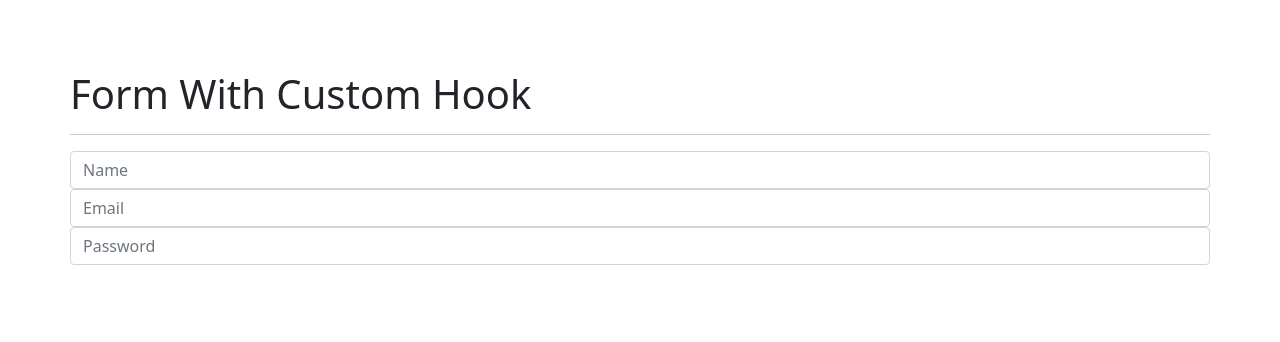
Repository: ppfeliuu/hooks-app
Page: /
The author's editor kept a copy of each file at every save. The page is drawn from the files as they stood at one save, then again after the next save.
The browser window is 1280 px wide. The pictures show the whole page.
The project was rebuilt for these pictures with package versions that can differ from the ones it lists, and the page was loaded fresh each time. Also part of the build but not shown: src/components/01-useState/CounterApp.js, src/hooks/useCounter.js, src/components/01-useState/CounterWithCustomHook.js, src/components/02-useEffect/Message.js, src/components/02-useEffect/SimpleForm.js, src/HookApp.js.

Above is the page before, as saved 2021-05-29 18:04:20.

### public/index.html
<!DOCTYPE html>
<html lang="en">
  <head>
    <meta charset="utf-8" />
    <link rel="icon" href="%PUBLIC_URL%/favicon.ico" />
    <meta name="viewport" content="width=device-width, initial-scale=1" />
    <meta name="theme-color" content="#000000" />
    <meta
      name="description"
      content="Web site created using create-react-app"
    />
    <link rel="apple-touch-icon" href="%PUBLIC_URL%/logo192.png" />
    <!--
      manifest.json provides metadata used when your web app is installed on a
      user's mobile device or desktop. See https://developers.google.com/web/fundamentals/web-app-manifest/
    -->
    <link rel="manifest" href="%PUBLIC_URL%/manifest.json" />
    <!--
      Notice the use of %PUBLIC_URL% in the tags above.
      It will be replaced with the URL of the `public` folder during the build.
      Only files inside the `public` folder can be referenced from the HTML.

      Unlike "/favicon.ico" or "favicon.ico", "%PUBLIC_URL%/favicon.ico" will
      work correctly both with client-side routing and a non-root public URL.
      Learn how to configure a non-root public URL by running `npm run build`.
    -->
    <link
      href="https://cdn.jsdelivr.net/npm/bootstrap@5.0.1/dist/css/bootstrap.min.css"
      rel="stylesheet"
      integrity="sha384-+0n0xVW2eSR5OomGNYDnhzAbDsOXxcvSN1TPprVMTNDbiYZCxYbOOl7+AMvyTG2x"
      crossorigin="anonymous"
    />
    <title>Hooks App</title>
  </head>
  <body>
    <noscript>You need to enable JavaScript to run this app.</noscript>
    <div id="root"></div>
    <!--
      This HTML file is a template.
      If you open it directly in the browser, you will see an empty page.

      You can add webfonts, meta tags, or analytics to this file.
      The build step will place the bundled scripts into the <body> tag.

      To begin the development, run `npm start` or `yarn start`.
      To create a production bundle, use `npm run build` or `yarn build`.
    -->
  </body>
</html>

### src/index.js
import React from "react";
import ReactDOM from "react-dom";
import { CounterApp } from "./components/01-useState/CounterApp";
import { CounterWithCustomHook } from "./components/01-useState/CounterWithCustomHook";
import { FormWithCustomHook } from "./components/02-useEffect/FOrmWithCustomHook";
import { SimpleForm } from "./components/02-useEffect/SimpleForm";
import { HookApp } from "./HookApp";

ReactDOM.render(<FormWithCustomHook />, document.getElementById("root"));

### src/components/02-useEffect/FOrmWithCustomHook.js
import React, { useState } from "react";
import "./effects.css";

export const FormWithCustomHook = () => {
  const [formState, setFormState] = useState({
    name: "",
    email: "",
    password: "",
  });

  const { name, email, password } = formState;

  const handleInputChange = (e) => {
    e.preventDefault();
    setFormState({
      ...formState,
      [e.target.name]: e.target.value,
    });
  };

  return (
    <>
      <h1>Form With Custom Hook</h1>
      <hr />

      <div>
        <input
          type="text"
          name="name"
          className="form-control"
          placeholder="Name"
          autoComplete="off"
          value={name}
          onChange={handleInputChange}
        />
      </div>

      <div>
        <input
          type="text"
          name="email"
          className="form-control"
          placeholder="Email"
          autoComplete="off"
          value={email}
          onChange={handleInputChange}
        />
      </div>

      <div>
        <input
          type="password"
          name="password"
          className="form-control"
          placeholder="Password"
          value={password}
          onChange={handleInputChange}
        />
      </div>
    </>
  );
};

### src/components/02-useEffect/FormWithCustomHook.js
import React from "react";

import { useForm } from "../../hooks/useForm";
import "./effects.css";

export const FormWithCustomHook = () => {
  const [formValues, handleInputChange] = useForm({
    name: "",
    email: "",
    password: "",
  });

  const { name, email, password } = formValues;

  const handleSubmit = (e) => {
    e.preventDefault();
    console.log(formValues);
  };

  return (
    <form onSubmit={handleSubmit}>
      <h1>Form With Custom Hook</h1>
      <hr />

      <div>
        <input
          type="text"
          name="name"
          className="form-control"
          placeholder="Name"
          autoComplete="off"
          value={name}
          onChange={handleInputChange}
        />
      </div>

      <div>
        <input
          type="text"
          name="email"
          className="form-control"
          placeholder="Email"
          autoComplete="off"
          value={email}
          onChange={handleInputChange}
        />
      </div>

      <div>
        <input
          type="password"
          name="password"
          className="form-control"
          placeholder="Password"
          value={password}
          onChange={handleInputChange}
        />
      </div>

      <button type="submit" className="btn btn-primary">
        Guardar
      </button>
    </form>
  );
};

### src/hooks/useForm.js
import { useState } from "react";

export const useForm = (initialState = {}) => {
  const [values, setvalues] = useState(initialState);

  const handleInputChange = (e) => {
    e.preventDefault();
    setvalues({
      ...values,
      [e.target.name]: e.target.value,
    });
  };

  return [values, handleInputChange];
};

Loaded but not shown: src/components/01-useState/counter.css (common file); src/components/02-useEffect/effects.css (common file)

After the next save:
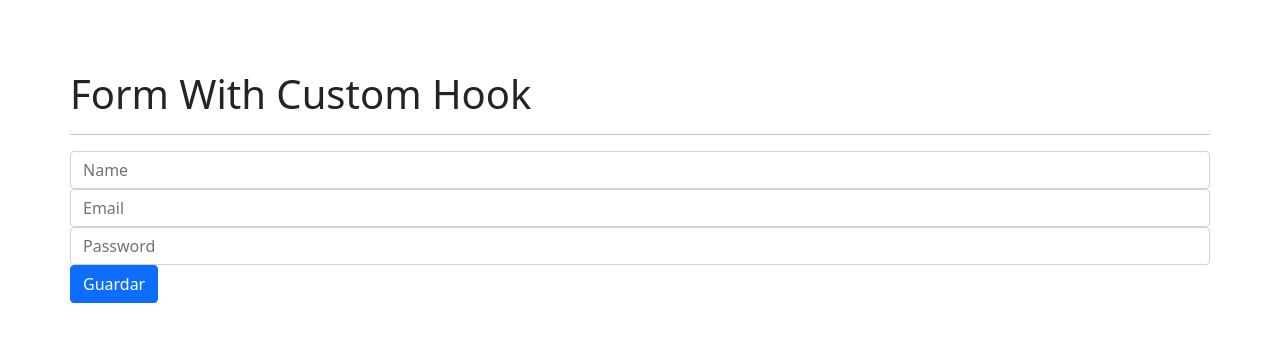
Saved 4 min 19 s later.
--- a/src/index.js
+++ b/src/index.js
@@ -2,7 +2,7 @@ import React from "react";
 import ReactDOM from "react-dom";
 import { CounterApp } from "./components/01-useState/CounterApp";
 import { CounterWithCustomHook } from "./components/01-useState/CounterWithCustomHook";
-import { FormWithCustomHook } from "./components/02-useEffect/FOrmWithCustomHook";
+import { FormWithCustomHook } from "./components/02-useEffect/FormWithCustomHook";
 import { SimpleForm } from "./components/02-useEffect/SimpleForm";
 import { HookApp } from "./HookApp";
 
